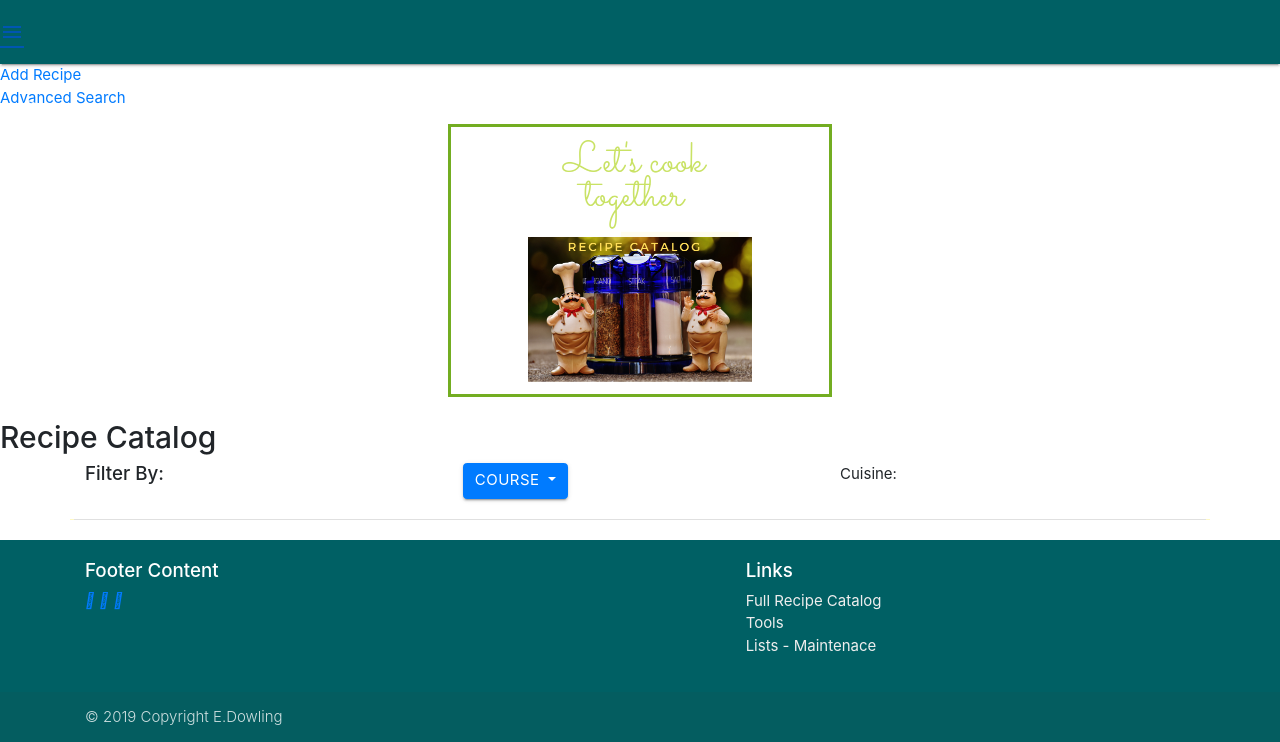
Repository: eldowling/lets-cook-together
Page: http://localhost/get_catalog?course=breakfast
The author's editor kept a record of every edit. The page is drawn from the files as they stood at one moment, then again after the next edit.
The browser window is 1280 px wide. The pictures show the whole page.
Some web libraries are served in a nearby version. The page is served by the project's application, run on Flask 3 (app.py). Queries for data that is not in the repository find no rows.

Above is the page before.
Console error: TypeError: $(...).collapsible is not a function

### templates/catalog.html
{% extends 'base.html'%} {% block content %}
<h2>Recipe Catalog</h2>
<div class="container">
  <div class="row">
    <div class="col s3">
      <h5>Filter By:</h5>
    </div>
    <div class="col s3">
      <div class="btn-group">
        <button type="button" class="btn btn-primary dropdown-toggle" data-toggle="dropdown" aria-haspopup="true" aria-expanded="false">
          Course
        </button>
        <div class="dropdown-menu">
          <a class="dropdown-item" href="#">Breakfast</a>
          <a class="dropdown-item" href="#">Lunch</a>
          <a class="dropdown-item" href="#">Dinner</a>
          <a class="dropdown-item" href="#">Dessert</a>
        </div>
      </div>
    </div>
    <div class="col s3">
      Cuisine:
    </div>
  </div>
</div>

<div class="container yellow lighten-4">
  <div class = "row">
    <div class="col s12 divider"></div>
  </div>
  {% for recipe in recipes %}
    <div class="row">
      <div class="col s6">
        <div class="section">
          <h4>{{recipe.title}}</h4>
        </div>
      </div>
    </div>
    <div class="row">
      <div class="col s6 offset-s2">
        {{recipe.description}}
      </div>
      <div class="col s3">
        <strong>Rating: </strong> {{recipe.rating}}
      </div>
    </div>
  {% endfor %}
</div>

{% endblock %}

### templates/base.html
<!DOCTYPE html>
<html>

<head>
    <link href="https://fonts.googleapis.com/icon?family=Material+Icons" rel="stylesheet">
    <link rel="stylesheet" href="https://cdnjs.cloudflare.com/ajax/libs/materialize/0.100.2/css/materialize.min.css">
    <link rel="stylesheet" href="https://maxcdn.bootstrapcdn.com/bootstrap/4.0.0/css/bootstrap.min.css" integrity="sha384-Gn5384xqQ1aoWXA+058RXPxPg6fy4IWvTNh0E263XmFcJlSAwiGgFAW/dAiS6JXm" crossorigin="anonymous">
    <link rel="stylesheet" href="https://cdnjs.cloudflare.com/ajax/libs/font-awesome/4.7.0/css/font-awesome.min.css">
    <link rel="stylesheet" href="{{ url_for('static', filename='css/style.css') }}" type="text/css" />
</head>

<body>
    <header>
        <!-- Dropdown Structure -->
        <ul id="dropdown1" class="dropdown-content">
            <li><a href="#!">one</a></li>
            <li><a href="#!">two</a></li>
            <li class="divider"></li>
            <li><a href="#!">three</a></li>
        </ul>

        <nav>
            <div class="nav-wrapper cyan darken-4">

                <form>
                    <a href="#" data-target="mobile-demo" class="sidenav-trigger"><i class="material-icons">menu</i></a>
                    <div class="input-field inline ">
                        <input id="search" type="search" required>
                        <label class="label-icon" for="search"><i class="material-icons">search</i></label>
                        <i class="material-icons">close</i>
                    </div>
                    <ul id="nav-mobile" class="right hide-on-med-and-down">
                        <li><a href="addedit-recipe.html">Add Recipe</a></li>
                        <li><a class="dropdown-trigger" href="#!" data-target="dropdown1">Advanced Search<i class="material-icons right">arrow_drop_down</i></a></li>
                    </ul>

                </form>

            </div>
        </nav>

        <ul class="sidenav" id="mobile-demo">
            <li><a href="addedit-recipe.html">Add Recipe</a></li>
            <li><a href="badges.html">Advanced Search</a></li>
        </ul>


    </header>

    <div class="center">
            <img class="main-img" src="static/images/lets-cook-logo.png"></img>
    </div>
    <div> <BR> </div>

        {% block content %} {% endblock %}


    <footer class="page-footer cyan darken-4">
        <div class="container">
            <div class="row">
                <div class="col l6 s12">
                    <h5 class="white-text">Footer Content</h5>

                    <span class="grey-text text-lighten-4 ">
                        <a href="facebook.html"><i class="fab fa-facebook-square"></i></a>
                        <a href="twitter.html"><i class="fab fa-twitter-square"></i></a>
                        <a href="instagram.html"><i class="fab fa-instagram"></i></a>
                    </span>
                </div>
                <div class="col l4 offset-l2 s12">
                    <h5 class="white-text">Links</h5>
                    <ul>
                        <li><a class="grey-text text-lighten-3" href="{{url_for('get_catalog')}}">Full Recipe Catalog</a></li>
                        <li><a class="grey-text text-lighten-3" href="tools.html">Tools</a></li>
                        <li><a class="grey-text text-lighten-3" href="maintenance.html">Lists - Maintenace</a></li>
                    </ul>
                </div>
            </div>
        </div>
        <div class="footer-copyright">
            <div class="container">
                © 2019 Copyright E.Dowling
            </div>
        </div>
    </footer>

    <script src="https://cdnjs.cloudflare.com/ajax/libs/jquery/3.2.1/jquery.min.js"></script>
    <script src="https://cdnjs.cloudflare.com/ajax/libs/materialize/0.100.2/js/materialize.min.js"></script>
    <script src="https://code.jquery.com/jquery-3.2.1.slim.min.js" integrity="sha384-KJ3o2DKtIkvYIK3UENzmM7KCkRr/rE9/Qpg6aAZGJwFDMVNA/GpGFF93hXpG5KkN" crossorigin="anonymous"></script>
    <script src="https://cdnjs.cloudflare.com/ajax/libs/popper.js/1.12.9/umd/popper.min.js" integrity="sha384-ApNbgh9B+Y1QKtv3Rn7W3mgPxhU9K/ScQsAP7hUibX39j7fakFPskvXusvfa0b4Q" crossorigin="anonymous"></script>
    <script src="https://maxcdn.bootstrapcdn.com/bootstrap/4.0.0/js/bootstrap.min.js" integrity="sha384-JZR6Spejh4U02d8jOt6vLEHfe/JQGiRRSQQxSfFWpi1MquVdAyjUar5+76PVCmYl" crossorigin="anonymous"></script>
    <script type="text/javascript">
        $(document).ready(function() {
            $('.collapsible').collapsible();
            $('select').material_select();
            $(".button-collapse").sideNav();
            $(".dropdown-trigger").dropdown();
            $('.sidenav').sidenav();
            $('.dropdown-toggle').dropdown();
        });



    </script>
</body>
</html>

### app.py
import os
from flask import Flask, render_template, redirect, request, url_for
from flask_pymongo import PyMongo
from bson.objectid import ObjectId

app = Flask(__name__)
app.config["MONGO_DBNAME"] = 'recipie_catalog'
app.config["MONGO_URI"] = 'mongodb+srv://root:r00tUser@myfirstcluster-pwjgy.mongodb.net/recipie_catalog?retryWrites=true&w=majority'
#app.config["MONGO_URI"] = os.getenv('MONGO_URI', 'mongodb://localhost')

mongo = PyMongo(app)


@app.route('/')
@app.route('/get_catalog')
def get_catalog():
    return render_template("catalog.html", recipes=mongo.db.recipes.find())


if __name__ == '__main__':
    app.run(host=os.environ.get('IP'),
            port=int(os.environ.get('PORT')),
            debug=True)

### static/css/style.css
.main-img {
  display: inline-block;
  vertical-align: middle;
  max-height: auto;
  max-width: 230px;
}

.center {
  margin: auto;
  min-width: 250px;
  width: 30%;
  border: 3px solid #73AD21;
  padding: 10px;
}

After the next edit:
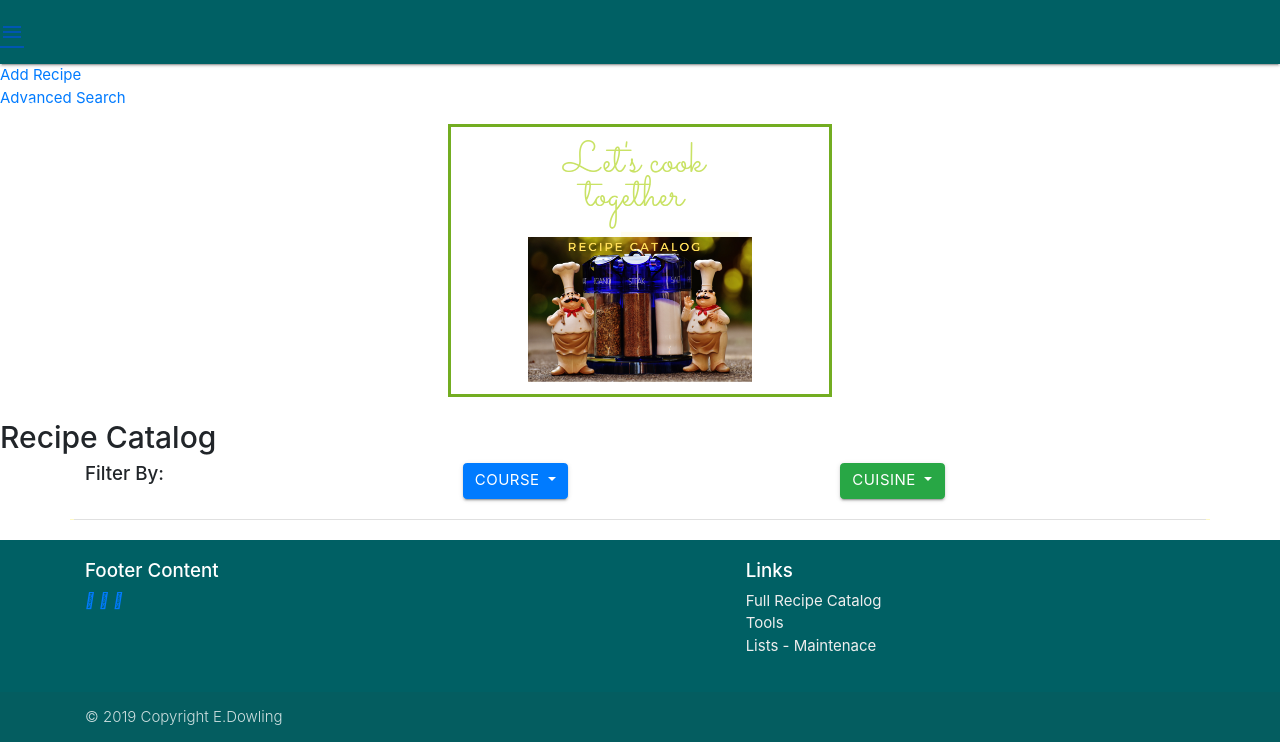
The edit:
--- a/templates/catalog.html
+++ b/templates/catalog.html
@@ -19,7 +19,17 @@
       </div>
     </div>
     <div class="col s3">
-      Cuisine:
+      <div class="btn-group">
+        <button type="button" class="btn btn-success dropdown-toggle" data-toggle="dropdown" aria-haspopup="true" aria-expanded="false">
+          Cuisine
+        </button>
+        <div class="dropdown-menu">
+          <a class="dropdown-item" href="#">Breakfast</a>
+          <a class="dropdown-item" href="#">Lunch</a>
+          <a class="dropdown-item" href="#">Dinner</a>
+          <a class="dropdown-item" href="#">Dessert</a>
+        </div>
+      </div>
     </div>
   </div>
 </div>
